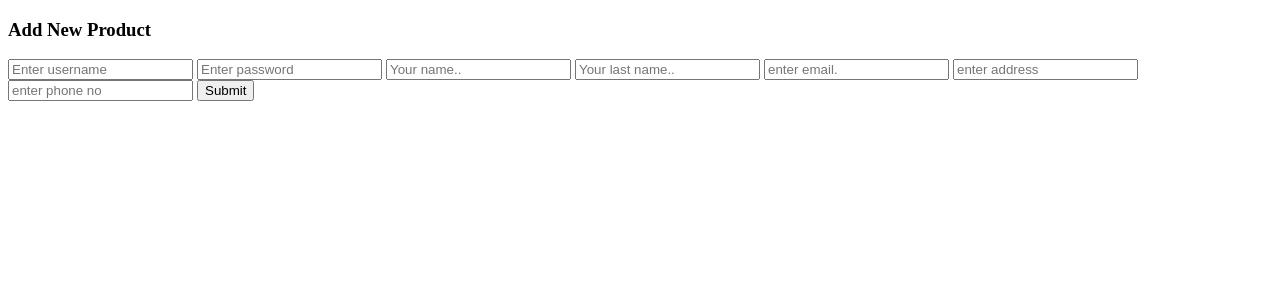
Repository: mihirhpanchal/Java-OnlineShopping
Page: onlineshopping/onlineshopping/src/main/webapp/regproduct.html
The author's editor kept a copy of each file at every save. The page is drawn from the files as they stood at one save, then again after the next save.
The browser window is 1280 px wide. The pictures show the whole page.

Above is the page before, as saved 2019-11-19 05:07:17.

### onlineshopping/onlineshopping/src/main/webapp/regproduct.html
<!DOCTYPE html>
<html>
<head>
<meta charset="ISO-8859-1">
<title>Product Registration</title>
</head>
<body>

<h3>Add New Product</h3>

<div class="container">
  <form action="addproduct.do" method="post">

    <input type="text" id="username" name="username" placeholder="Enter username">

    <input type="password" id="password" name="password" placeholder="Enter password">

    <input type="text" id="fname" name="fname" placeholder="Your name..">


    <input type="text" id="lname" name="lname" placeholder="Your last name..">

    <input type="email" id="email" name="email" placeholder="enter email.">

    <input type="text" id="address" name="address" placeholder="enter address">

    <input type="text" id="phone" name="phone" placeholder="enter phone no">

    <input type="submit" value="Submit">
  </form>
</div>

</body>
</html>

After the next save:
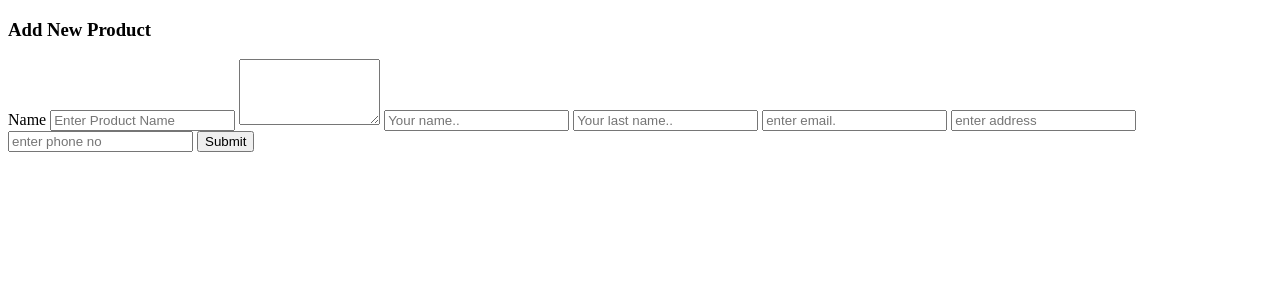
Saved 2 min 3 s later.
--- a/onlineshopping/onlineshopping/src/main/webapp/regproduct.html
+++ b/onlineshopping/onlineshopping/src/main/webapp/regproduct.html
@@ -10,10 +10,10 @@
 
 <div class="container">
   <form action="addproduct.do" method="post">
+ 	<label >Name</label>
+    <input type="text" id="product_name" name="product_name" placeholder="Enter Product Name">
 
-    <input type="text" id="username" name="username" placeholder="Enter username">
-
-    <input type="password" id="password" name="password" placeholder="Enter password">
+    <textarea rows="4" cols="15" name="product_description"></textarea>
 
     <input type="text" id="fname" name="fname" placeholder="Your name..">
 
